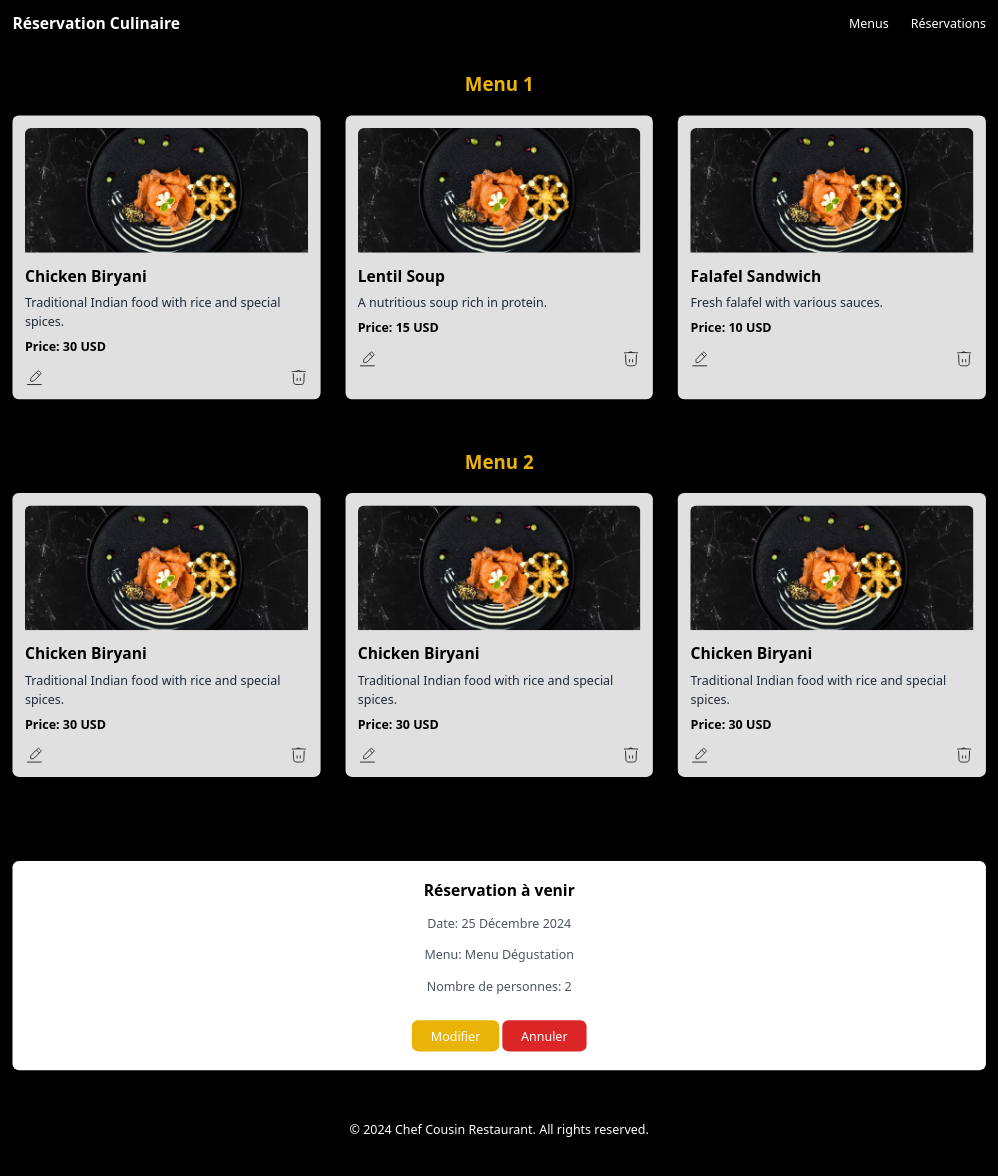
Repository: HamzaChehlaoui/Site-Web-pour-un-Chef-Cuisinier
Page: http://localhost/menuutil.php
These files come from the project's save history. The page is drawn as it stood at one moment and after a run of saves; the edit follows.
The browser window is 1280 px wide. The pictures show the whole page, at 78% of full size.
Some web libraries are served in a nearby version. The page is run by PHP 8.4 with error messages shown; the project is at /var/www/html/.

Above is the page before, as saved 2024-12-18 16:57:12.

After the next 2 saves:
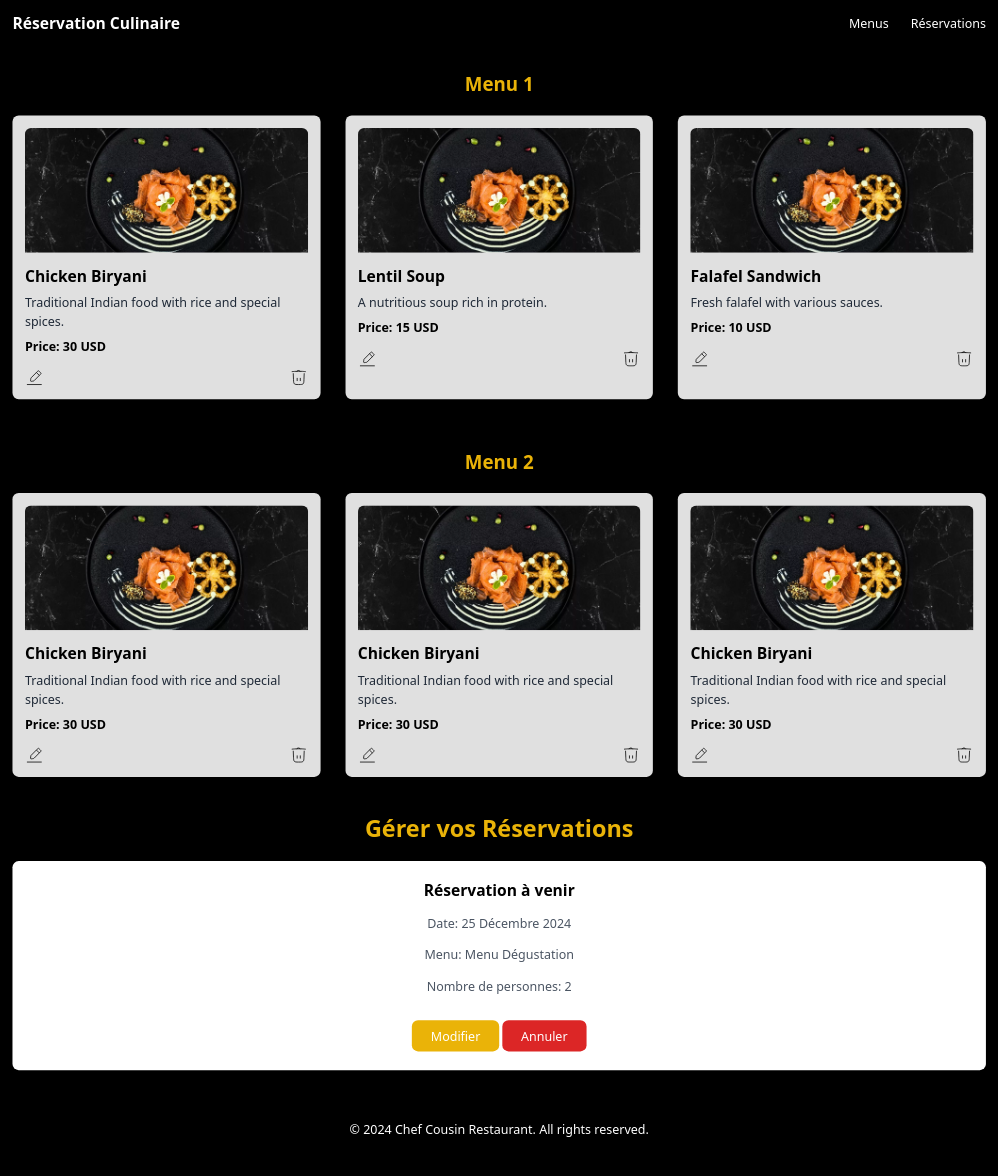
The 2 saves are shown as one change because they came seconds apart.
The last was saved 52 s later.
--- a/menuutil.php
+++ b/menuutil.php
@@ -175,7 +175,7 @@
     <!-- Reservation Section -->
     <section id="reservations" class="py-12 bg-black">
         <div class="max-w-7xl mx-auto text-center">
-            <h2 class="text-3xl font-bold mb-6">Gérer vos Réservations</h2>
+            <h2 class="text-3xl font-bold mb-6 text-yellow-500">Gérer vos Réservations</h2>
 
             <div class="bg-white p-6 rounded-lg shadow-md">
                 <h3 class="text-xl font-semibold mb-4">Réservation à venir</h3>
